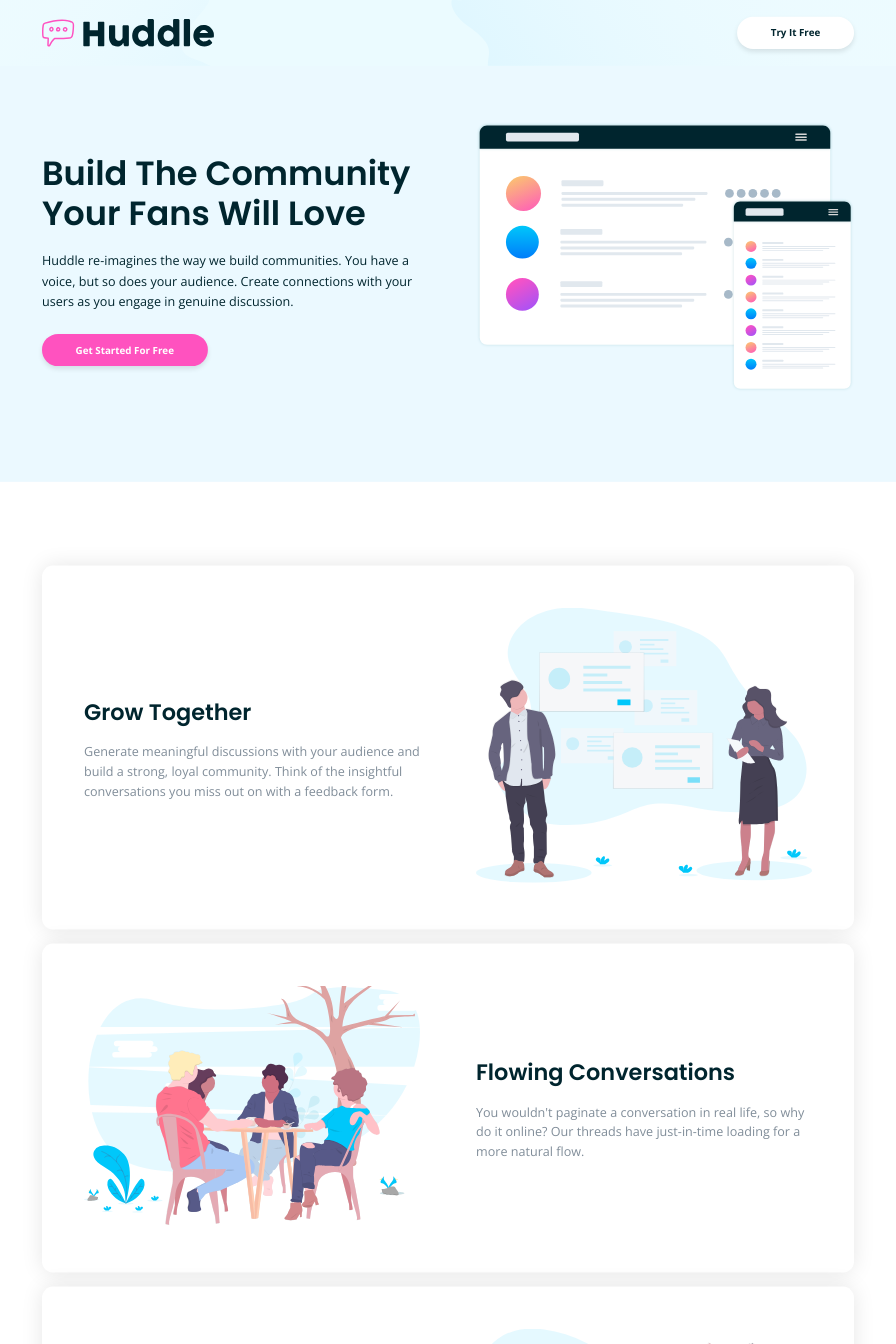
Repository: blordeus/huddle-landing-page
Page: index.html
The author's editor kept a copy of each file at every save. The page is drawn from the files as they stood at one save, then again after the next save.
The browser window is 1280 px wide. The pictures show the part of the page from y = 0 to 1920 px (the page is 3305 px tall), at 70% of full size.

Above is the page before, as saved 2025-07-01 11:34:57.

After the next save:
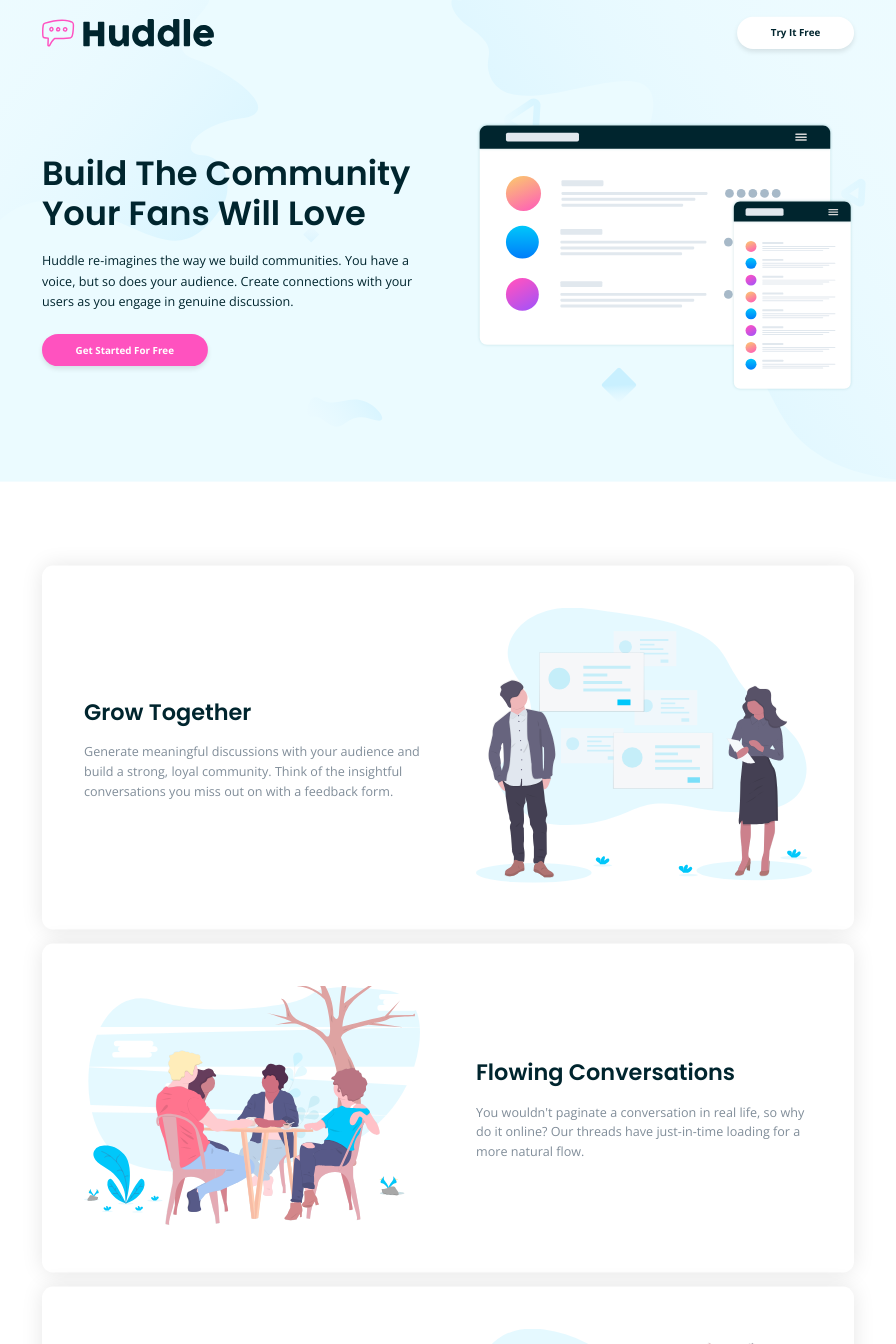
Saved 11 s later.
--- a/styles.css
+++ b/styles.css
@@ -71,7 +71,6 @@
 
     /* Hero Section */
     .hero {
-      background: hsl(199, 100%, 96%);
       padding: 80px 0 120px;
     }
 
